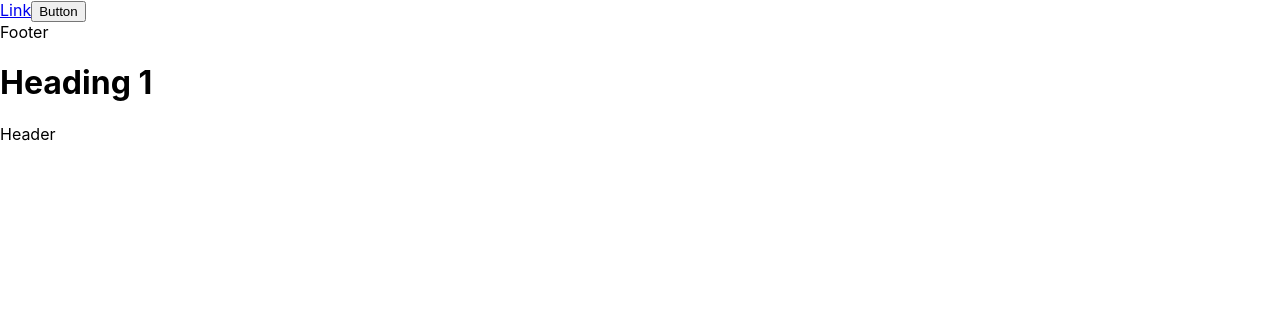
Repository: AiTrinh303/Jest_Sample
Page: / (app in small-test/)
The author's editor kept a copy of each file at every save. The page is drawn from the files as they stood at one save, then again after a run of saves.
The browser window is 1280 px wide. The pictures show the whole page.
The project was rebuilt for these pictures with package versions that can differ from the ones it lists, and the page was loaded fresh each time.

Above is the page before, as saved 2024-11-25 20:43:37.

### small-test/src/App.js

function App() {
  return (
    <div>
      <a href="/">Link</a>
      <button>Button</button>
      <footer>Footer</footer>
      <h1>Heading 1</h1>
      <header>Header</header>

    </div>
  );
}

export default App;

Loaded but not shown: small-test/public/index.html (common file); small-test/src/index.js (common file); small-test/src/index.css (common file); small-test/src/reportWebVitals.js (common file)

After the next 6 saves:
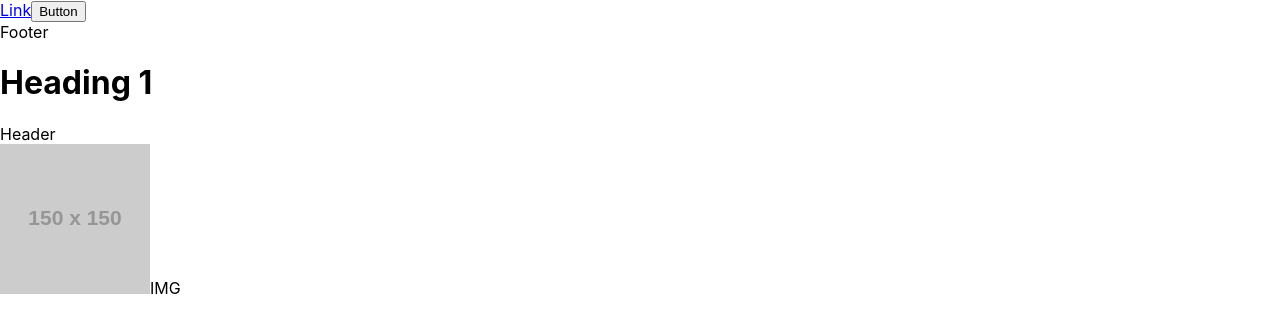
The 6 saves are shown as one change because 1 did not build or start and some came seconds apart.
The last was saved 27 s later.
--- a/small-test/src/App.js
+++ b/small-test/src/App.js
@@ -7,7 +7,7 @@ function App() {
       <footer>Footer</footer>
       <h1>Heading 1</h1>
       <header>Header</header>
-
+      <img alt="image" src="https://via.placeholder.com/150" />IMG
     </div>
   );
 }
